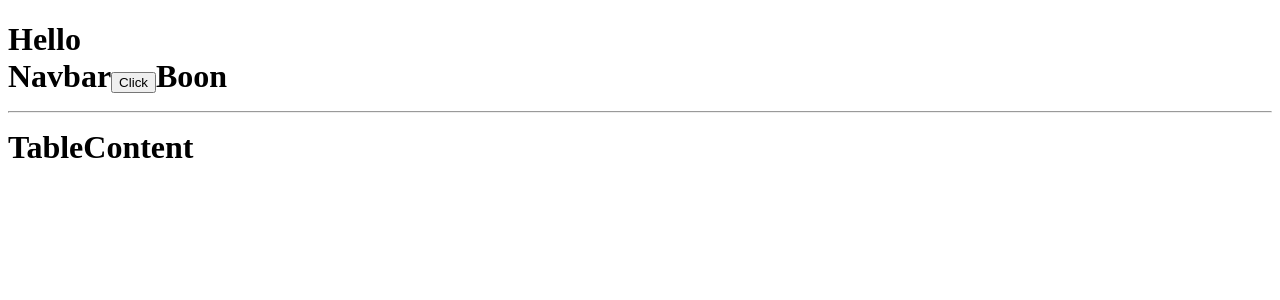
Repository: supakorn5039-boon/React-s
Page: /
These files come from the project's save history. The page is drawn as it stood at one moment and after a run of saves; the edit follows.
The browser window is 1280 px wide. The pictures show the whole page.
The project was rebuilt for these pictures with package versions that can differ from the ones it lists, and the page was loaded fresh each time. Also part of the build but not shown: vite.config.js.

Above is the page before, as saved 2024-01-08 23:49:02.

After the next 2 saves:
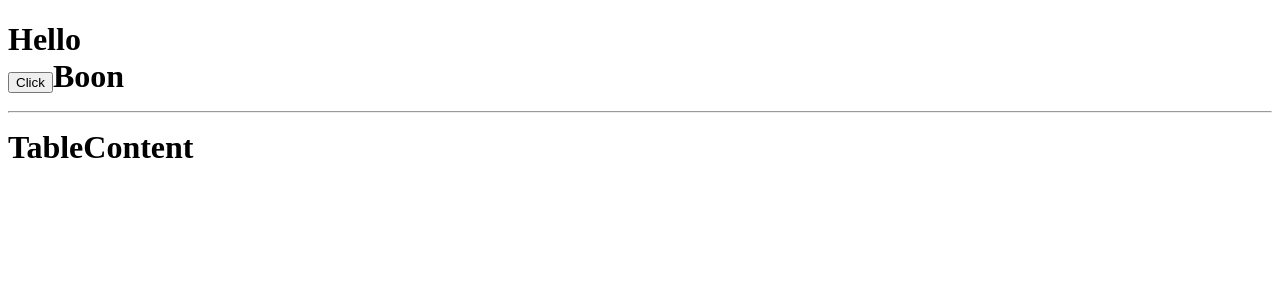
The 2 saves are shown as one change because they came seconds apart.
The last was saved 37 s later.
--- a/src/components/Navbar.jsx
+++ b/src/components/Navbar.jsx
@@ -1,8 +1,6 @@
 export default function Navbar(props) {
-  // eslint-disable-next-line react/prop-types
   return (
     <div>
-      Navbar
       <button onClick={props.handleShow}>Click</button>
       {props.text}
     </div>
